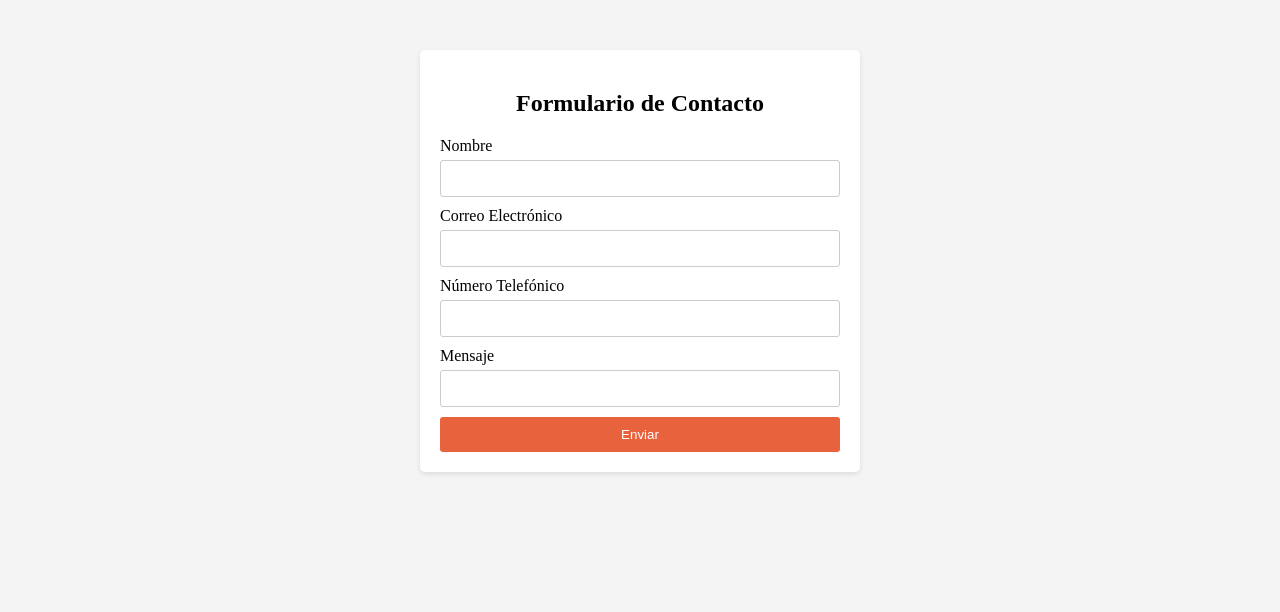
Repository: UVMCoyoacan/InnovaWeb
Page: indexformu.html
An editor plug-in stored every save of this project. The page is shown before and after the next save, followed by the edit.
The browser window is 1280 px wide. The pictures show the whole page.

Above is the page before, as saved 2024-03-01 10:29:47.

After the next save:
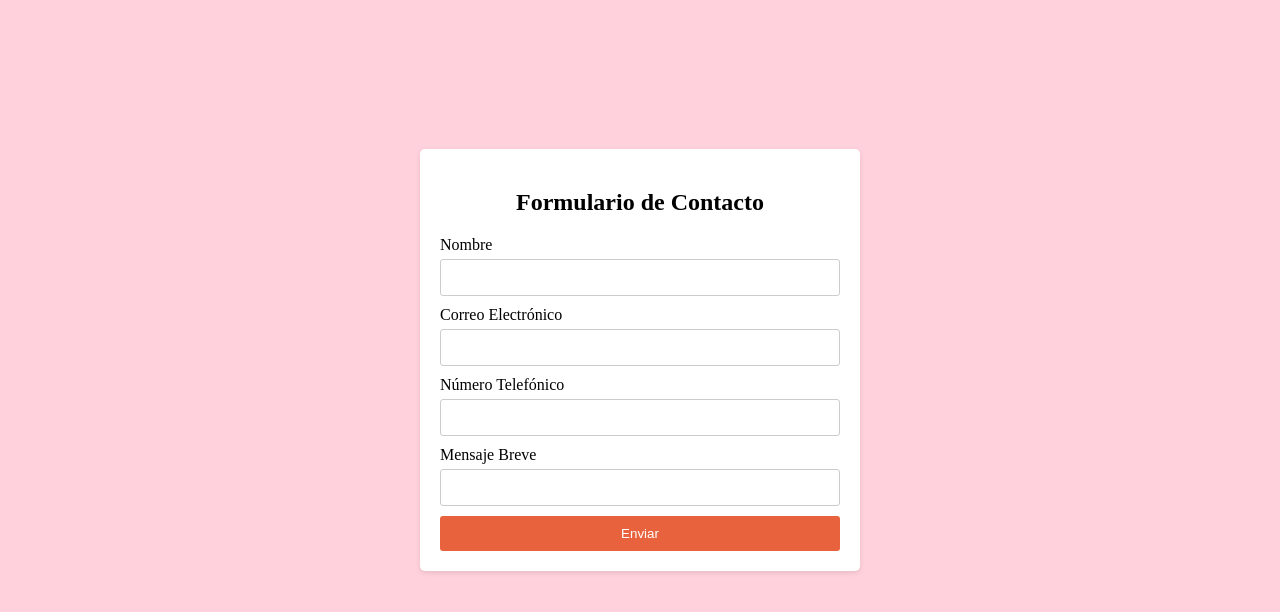
Saved 2 min 28 s later.
--- a/indexformu.html
+++ b/indexformu.html
@@ -4,14 +4,17 @@
     <title>Formulario de Contacto</title>
     <style>
         body {
-            font-family:'Times New Roman', Times, serif;
-            background-color: #f4f4f4;
+            font-family: 'Times New Roman', Times, serif;
+            background-color: #ffd1dc;
             margin: 0;
             padding: 0;
+            display: flex;
+            justify-content: center;
+            align-items: center;
+            height: 100vh;
         }
         .container {
-            max-width: 400px;
-            margin: 50px auto;
+            width: 400px;
             padding: 20px;
             background-color: #fff;
             border-radius: 5px;
@@ -20,7 +23,6 @@
         h2 {
             margin-bottom: 20px;
             text-align: center;
-
         }
         label {
             display: block;
@@ -48,7 +50,7 @@
             display: block;
         }
         input[type="submit"]:hover {
-            background-color: #E8623E;
+            background-color: #D64931;
         }
     </style>
 </head>
@@ -65,8 +67,8 @@
             <label for="telefono">Número Telefónico</label>
             <input type="tel" id="telefono" name="telefono" required>
 
-            <label for="mensaje">Mensaje </label>
-            <input type="msj" id="mensaje" name="mensaje" required>
+            <label for="mensaje">Mensaje Breve </label>
+            <input type="text" id="mensaje" name="mensaje" required>
 
             <input type="submit" value="Enviar">
         </form>
